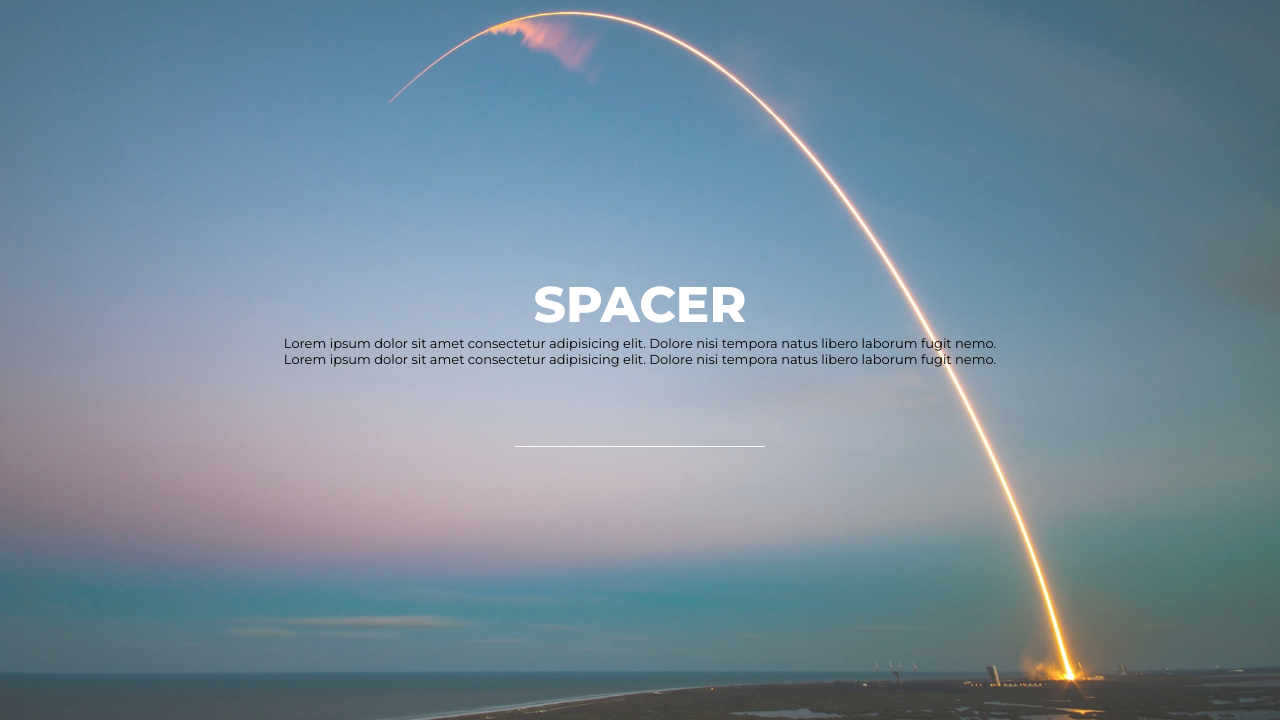
Repository: Trelefele/spacer-roman
Page: /
The author's editor kept a copy of each file at every save. The page is drawn from the files as they stood at one save, then again after the next save.
The browser window is 1280 px wide. The pictures show the whole page.
The project was rebuilt for these pictures with package versions that can differ from the ones it lists, and the page was loaded fresh each time.

Above is the page before, as saved 2019-02-05 19:14:25.

### public/index.html
<!DOCTYPE html>
<html lang="en">
  <head>
    <meta charset="utf-8">
    <meta http-equiv="X-UA-Compatible" content="IE=edge">
    <meta name="viewport" content="width=device-width,initial-scale=1.0">
    <link rel="icon" href="<%= BASE_URL %>favicon.ico">
    <!-- <script src="https://unpkg.com/axios/dist/axios.min.js"></script> -->
    <title>spacer-roman</title>
  </head>
  <body>
    <noscript>
      <strong>We're sorry but spacer-roman doesn't work properly without JavaScript enabled. Please enable it to continue.</strong>
    </noscript>
    <div id="app"></div>
    <!-- built files will be auto injected -->
  </body>
</html>

### src/main.js
import Vue from 'vue';
import App from './App.vue';

Vue.config.productionTip = false;

new Vue({
  render(h) { return h(App); },
}).$mount('#app');

### src/App.vue
<template>
  <div class="app">
    <div class="wrapper">
    <Claim/>
    <SearchInput/>
  </div>
  </div>
</template>

<script>
import axios from 'axios';
import debounce from 'lodash.debounce';
import Claim from '@/components/Claim.vue';
import SearchInput from '@/components/SearchInput.vue';

const API = 'https://images-api.nasa.gov/search';

export default {
  name: 'App',
  components: {
    Claim,
    SearchInput,
  },
  data() {
    return {
      searchValue: '',
      results: [],
    };
  },
  methods: {
    // eslint-disable-next-line
    handleInput: debounce(function(){
      axios.get(`${API}?q=${this.searchValue}&media_type=image`)
        .then((response) => {
          // this.results = response.data.collection.items;
          this.results = response.data.collection.items;
        })
        .catch((error) => {
          console.log(error);
        });
    }, 500),
  },
};
</script>

<style lang="scss" >
@import url('https://fonts.googleapis.com/css?family=Montserrat:300,400,600,800');

* {
  box-sizing: border-box;
  font-family: 'Montserrat', sans-serif;
  margin: 0;
  padding: 0;
}
.wrapper {
    margin: 0;
    width: 100%;
    height: 100vh;
    padding: 30px;
    display: flex;
    flex-direction: column;
    align-items: center;
    justify-content: center;
    background-image: url('./assets/heroimage.jpg');
    background-repeat: no-repeat;
    background-size: cover;
    background-position: 80%, 0%;
}
</style>

### src/components/Claim.vue
<template>
  <div class="claimWrapper">
    <h1 class="claim">SPACER</h1>
    <p class="subclaim">
      Lorem ipsum dolor sit amet consectetur adipisicing elit.
      Dolore nisi tempora natus libero laborum fugit nemo.
    </p>
    <p class="subclaim">
      Lorem ipsum dolor sit amet consectetur adipisicing elit.
      Dolore nisi tempora natus libero laborum fugit nemo.
    </p>
  </div>
</template>

<script>
export default {
  name: "Claim"
};
</script>

<style lang="scss" scoped>
.claimWrapper {
  display: flex;
  flex-direction: column;
  justify-content: center;
  align-items: center;
  margin: 0;
}

.claim {
  font-size: 50px;
  margin: 0;
  color: white;
}

.subclaim {
  padding: 0 0 0 0;
  font-size: 13px;
}
</style>

### src/components/SearchInput.vue
<template>
  <input
    id="search"
    name="search"
    :class="{ dark }"
    @input="handleChange"
  />
</template>
<script>
export default {
  name: 'SearchInput',
  props: {
    // value: {
    //   type: String,
    //   required: true,
    // },
    dark: {
      type: Boolean,
      default: false,
    },
  },
  methods: {
    handleChange(e) {
      this.$emit('input', e.target.value);
    },
  },
};
</script>
<style lang="scss" scoped>
  input {
    margin-top: 50px;
    display: flex;
    width: 250px;
    color: white;
    text-align: center;
    font-size: 18px;
    font-weight: 300;
    height: 30px;
    border: 0;
    background: none;
    border-bottom: 1px solid white;
    transition: box-shadow .3s ease-out;

    @media (min-width: 1024px) {
      font-weight: 400;
    }
  }

  input:focus {
    outline: none;
    box-shadow: 0 10px 20px -8px rgba(255,255,255, .5);
  }

  .dark {
    color: #1e3d4a;
    border-bottom-color: #1e3d4a;
  }

  .dark:focus {
    box-shadow: 0 10px 20px -8px rgba(#1e3d4a, .2);
  }
</style>

After the next save:
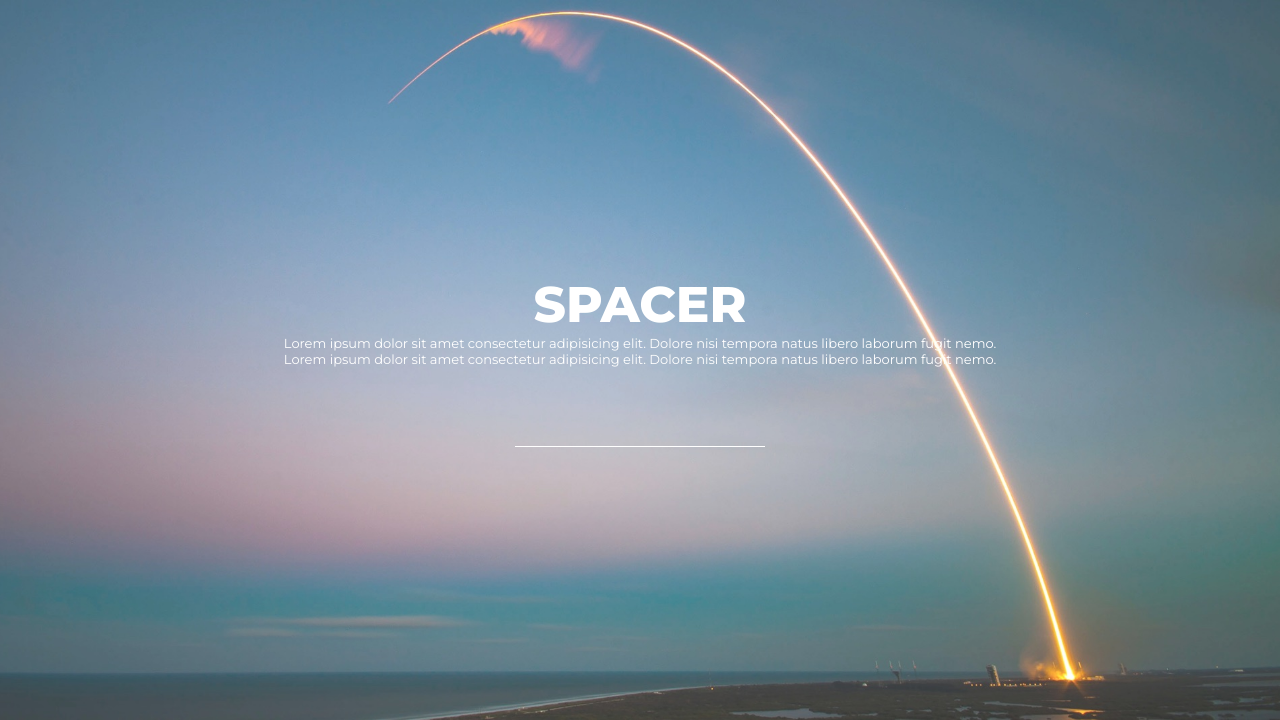
Saved 5 min 4 s later.
--- a/src/components/Claim.vue
+++ b/src/components/Claim.vue
@@ -24,13 +24,13 @@ export default {
   flex-direction: column;
   justify-content: center;
   align-items: center;
+color: white;
   margin: 0;
 }
 
 .claim {
   font-size: 50px;
   margin: 0;
-  color: white;
 }
 
 .subclaim {
